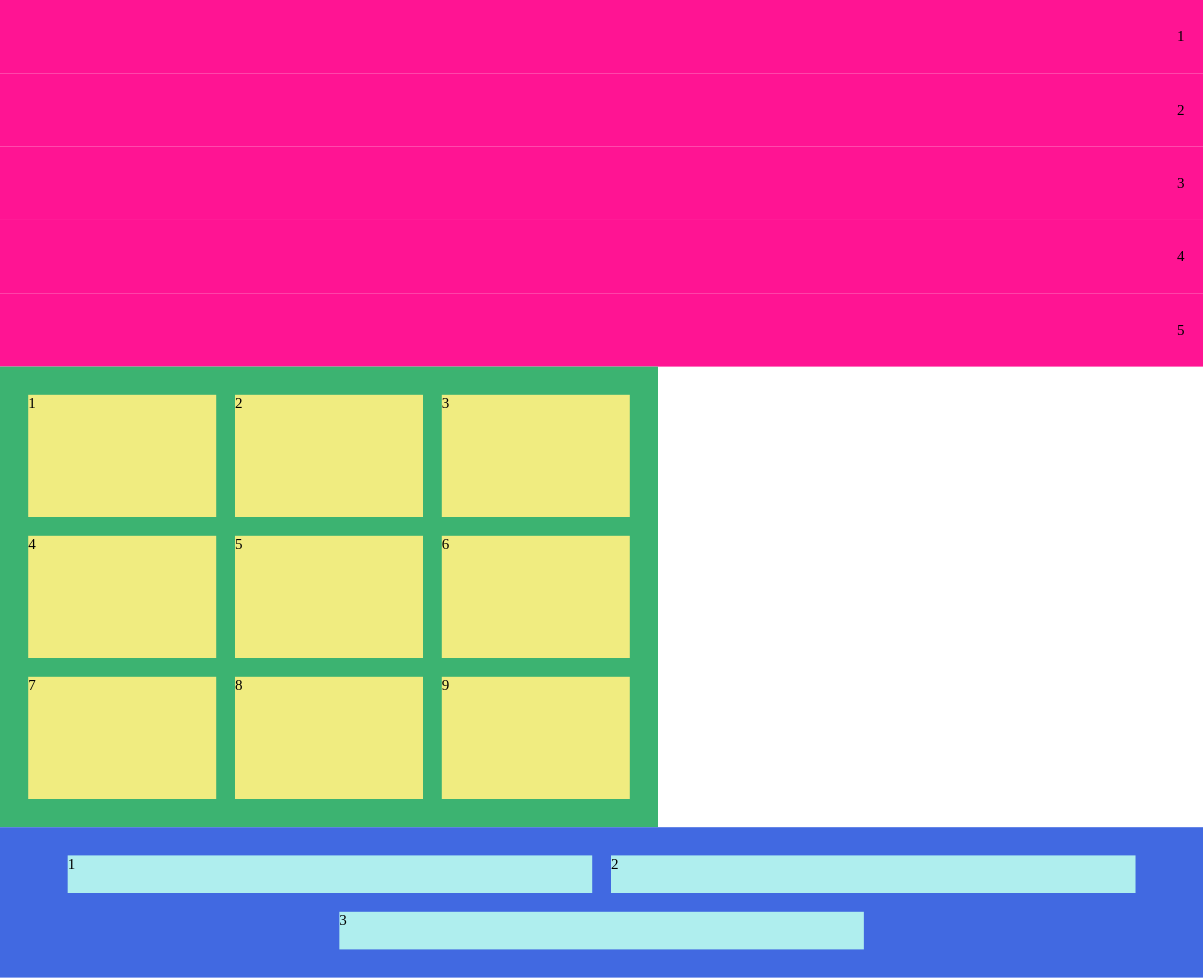
Repository: TsuKou/MainContents
Page: flex1/flex1.html
The author's editor kept a record of every edit. The page is drawn from the files as they stood at one moment, then again after the next edit.
The browser window is 1280 px wide. The pictures show the whole page, at 94% of full size.

Above is the page before.

### flex1/flex1.html
<!DOCTYPE>
<html lang="ja">

  <head>
    <meta charset="UTF-8" />
    <link rel="stylesheet" href="flex1.css" />
    <title>flex_ensyuu</title>
  </head>

  <body>

      <header>
        <div class="h-box-g">
          <div class="h-box">1</div>
          <div class="h-box">2</div>
          <div class="h-box">3</div>
          <div class="h-box">4</div>
          <div class="h-box">5</div>
        </div>
      </header>

      <main>
        <div class="main-L"></div>
        <div class="main-R">
          <div class="box">1</div>
          <div class="box">2</div>
          <div class="box">3</div>
          <div class="box">4</div>
          <div class="box">5</div>
          <div class="box">6</div>
          <div class="box">7</div>
          <div class="box">8</div>
          <div class="box">9</div>
        </div>
      </main>

      <footer>
        <div class="f-box-g">
          <div class="f-box">1</div>
          <div class="f-box">2</div>
          <div class="f-box">3</div>
        </div>
      </footer>

  </body>
</html>

### flex1/flex1.css
* {
  margin: 0;
  padding: 0;
  box-sizing: border-box;
}

.h-box {
  background-color: #ff1493;
  padding: 30px 20px;
  display: flex;
  justify-content: flex-end;
}

.h-box > div {
  background-color: #ffc0cb;
  flex-basis: 140px;
  height: 70px;
  margin: 0 10px;
}


.h-box > :first-child {
  margin-right: auto;
}


.main {
  display: flex;
  justify-content: center;
}

.main-L {
  width: 300px;
  background-color: #98fb98;
}

.main-R {
  background-color: #3cb371;
  max-width: 700px;
  padding: 20px;
  flex-grow: 1;
  display: flex;
  flex-wrap: wrap;
  justify-content: center;
}

.box {
  height: 130px;
  flex-basis: 200px;
  background-color: #f0ec80;
  margin: 10px;
}

footer {
  width: 100%;
  background-color: #4169e1;
}

.f-box-g {
  padding: 20px;
  display: flex;
  flex-wrap: wrap;
  justify-content: center;
}

.f-box-g > div {
  background-color: #afeeee;
  flex-basis: 45%;
}

.f-box {
  max-width: 600px;
  height: 40px;
  margin: 10px;
}

After the next edit:
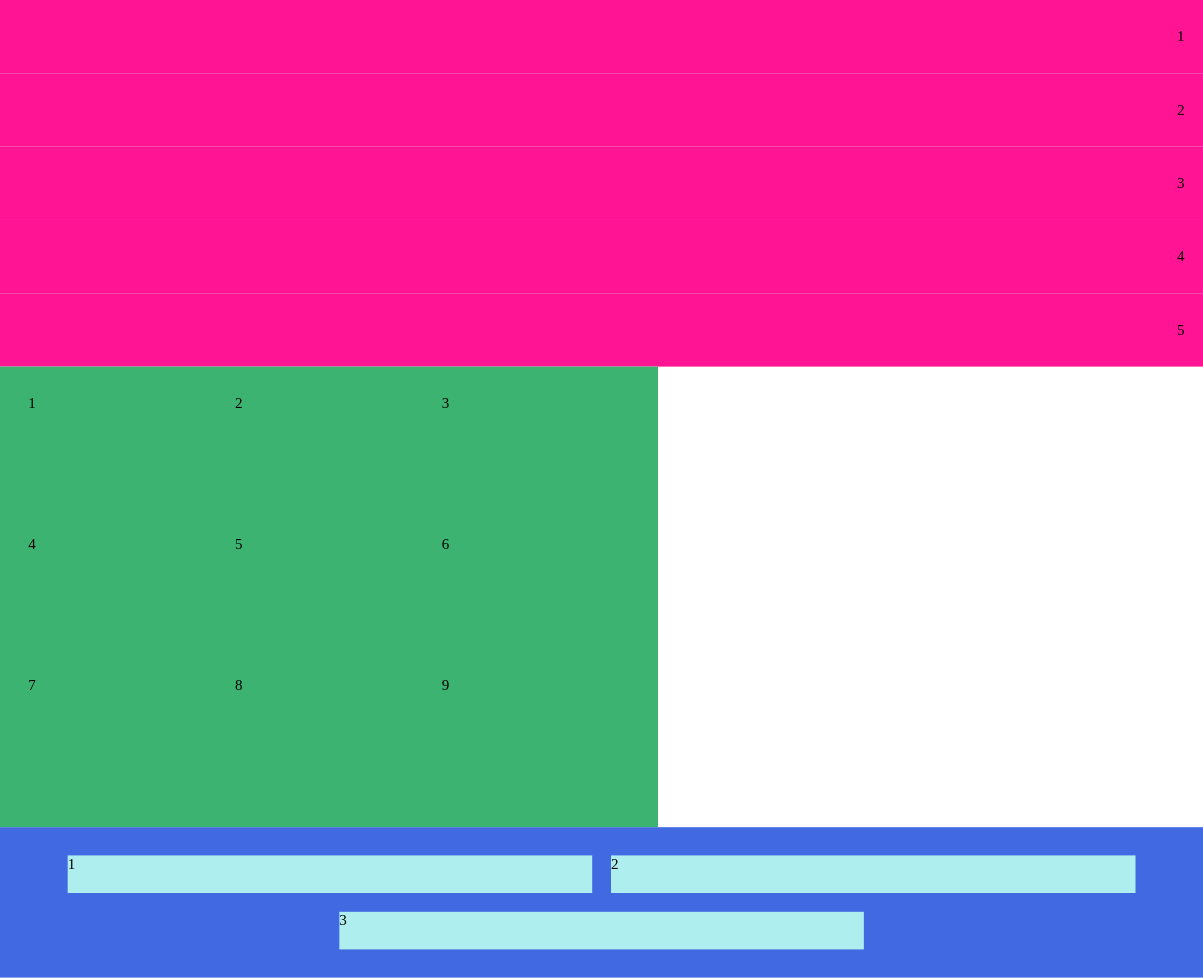
The edit:
--- a/flex1/flex1.css
+++ b/flex1/flex1.css
@@ -44,10 +44,9 @@
   justify-content: center;
 }
 
-.box {
+.main-R > div {
+  flex-basis: 200px;
   height: 130px;
-  flex-basis: 200px;
-  background-color: #f0ec80;
   margin: 10px;
 }
 
